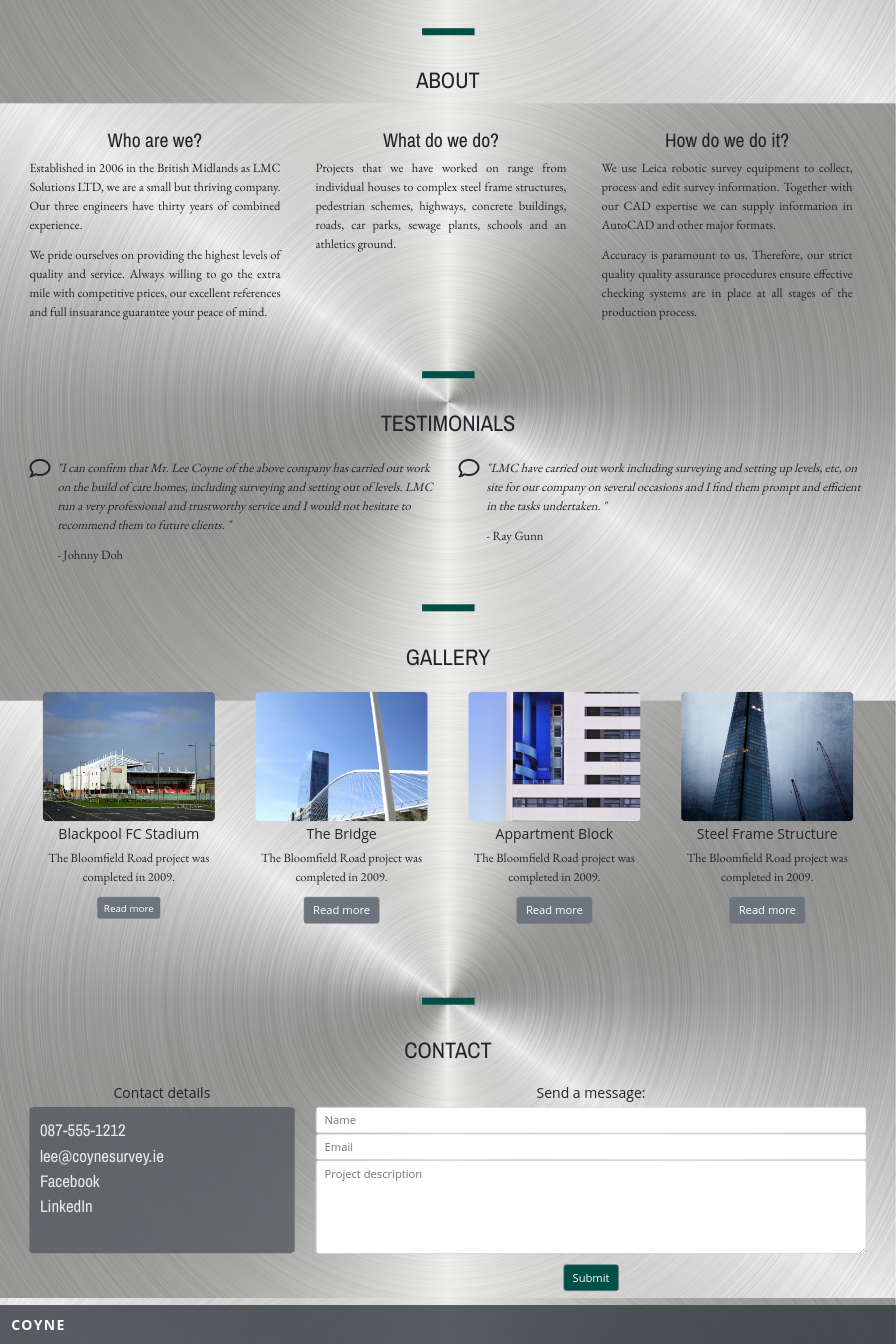
Repository: Leo-Cullen/first-milestone-project
Page: index.html
The author's editor kept a record of every edit. The page is drawn from the files as they stood at one moment, then again after the next edit.
The browser window is 1280 px wide. The pictures show the part of the page from y = 706 to 2626 px (the page is 2626 px tall), at 70% of full size.
Backgrounds fixed to the window are drawn as part of the page. Some web libraries are served in a nearby version.

Above is the page before.

After the next edit:
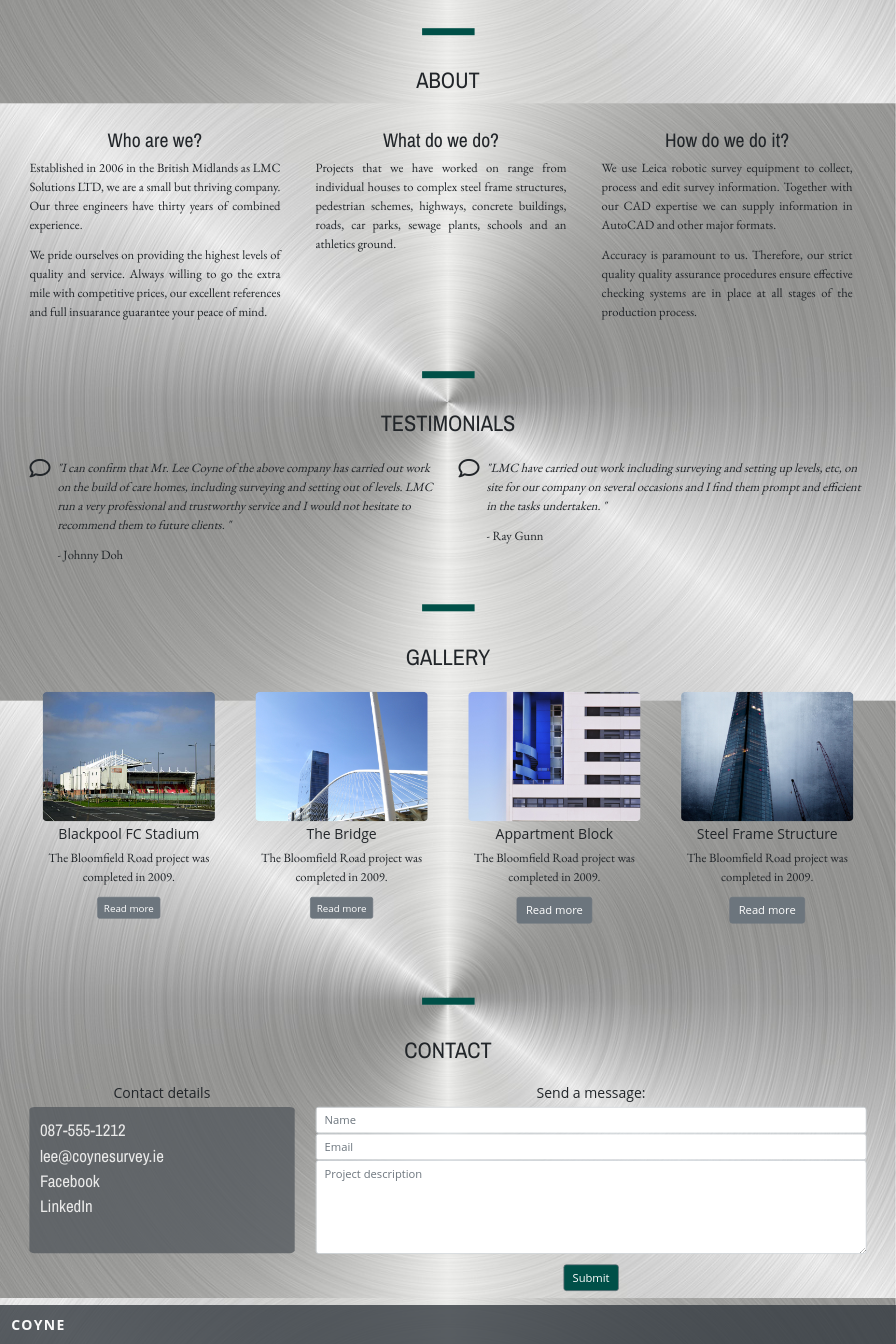
The edit:
--- a/index.html
+++ b/index.html
@@ -160,7 +160,7 @@
                     <img class="img-responsive " src="assets/images/bridge-640x480.jpg " />
                     <h5>The Bridge</h5>
                     <p>The Bloomfield Road project was completed in 2009.</p>
-                    <button class="btn btn-secondary" type="button" data-toggle="collapse" data-target="#gallery-card-02" aria-expanded="false" aria-controls="collapseExample">
+                    <button class="btn btn-secondary btn-sm" type="button" data-toggle="collapse" data-target="#gallery-card-02" aria-expanded="false" aria-controls="collapseExample">
                         Read more
                     </button>
                     <div class="collapse" id="gallery-card-02">
